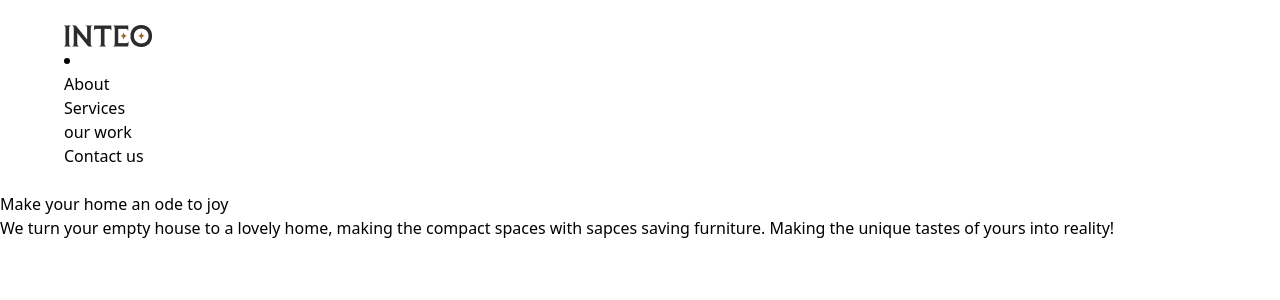
Repository: CatherinneJ/responsive-tailwind-website
Page: tailwind.html
These files come from the project's save history. The page is drawn as it stood at one moment and after the next save; the edit follows.
The browser window is 1280 px wide. The pictures show the whole page.
Some web libraries are served in a nearby version.

Above is the page before, as saved 2025-05-20 17:23:48.

After the next save:
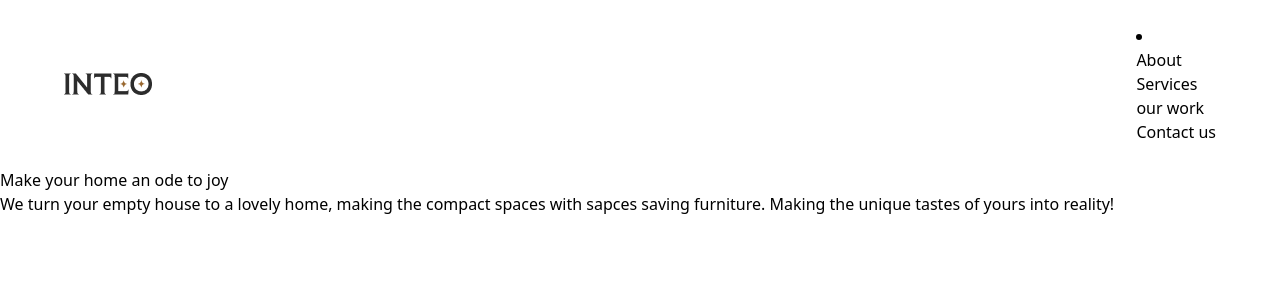
Saved 27 s later.
--- a/tailwind.html
+++ b/tailwind.html
@@ -8,7 +8,7 @@
     <script src="https://cdn.tailwindcss.com"></script>
 </head>
 <header class="py-6 px-8 lg:px-16">
-    <nav>
+    <nav class="flex justify-between items-center">
         <img src="./Assets/Logo.png" alt="logo">
         <li>
             <ul>About</ul>
